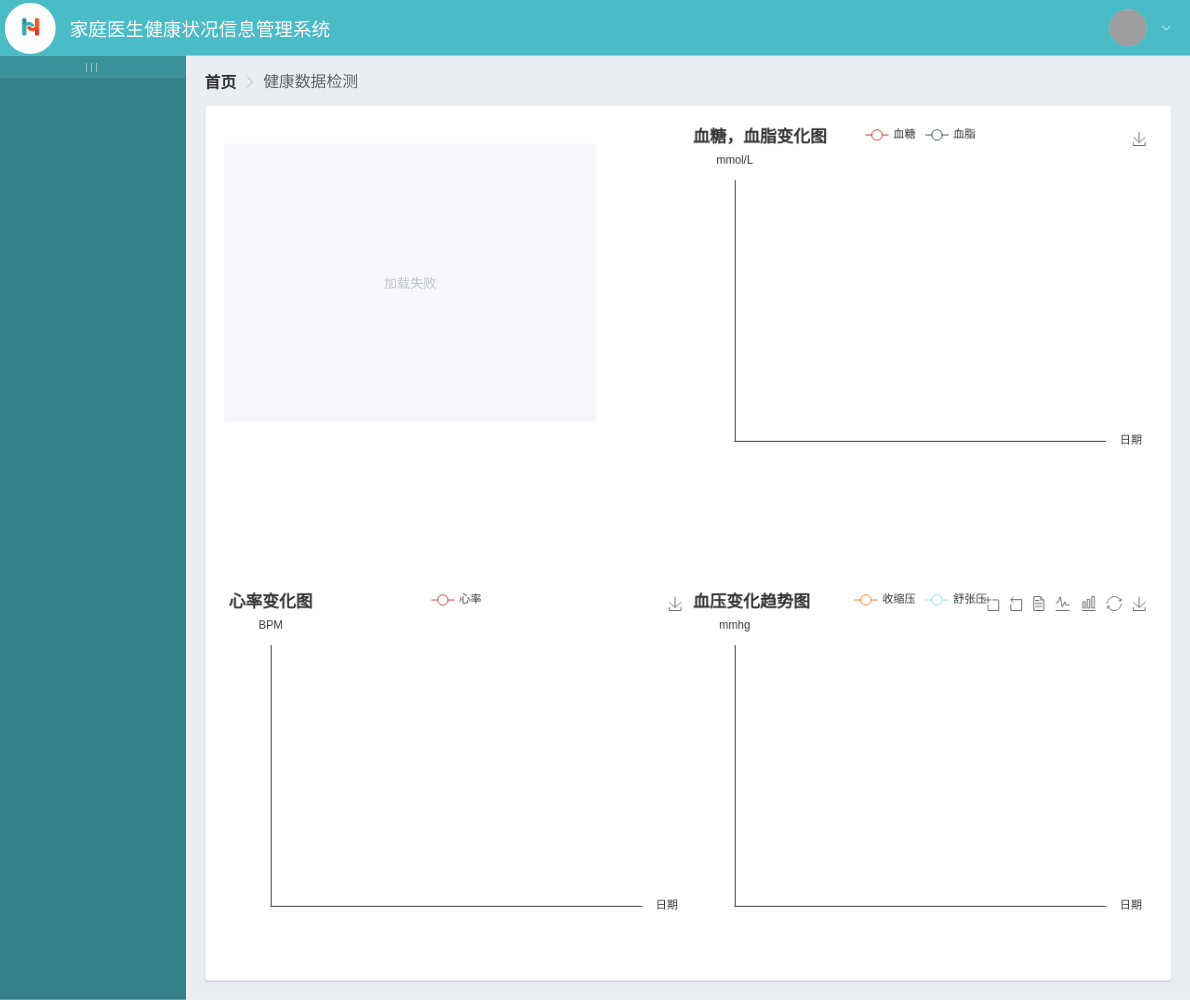
Repository: hyyBubbly/community-web-vue
Page: /#/healthyData (app in community/)
An editor plug-in stored every save of this project. The page is shown before and after the next save, followed by the edit.
The browser window is 1280 px wide. The pictures show the whole page, at 93% of full size.
Pictures or frames that could not be fetched are drawn as grey boxes. The page's requests for data from a server got no answer. The project was rebuilt for these pictures with package versions that can differ from the ones it lists, and the page was loaded fresh each time. No one was signed in, and anything a server would have sent is missing. Also part of the build but not shown: community/vue.config.js, community/src/components/Login.vue, community/src/components/Welcome.vue, community/src/components/User/UserList.vue, community/src/components/admin/WorkerList.vue, community/src/components/community/CommunityList.vue, community/src/components/healthfiles/Healthiness.vue, community/src/components/User/OlderInfoList.vue and 13 more.

Above is the page before, as saved 2024-01-29 00:59:31.

After the next save:
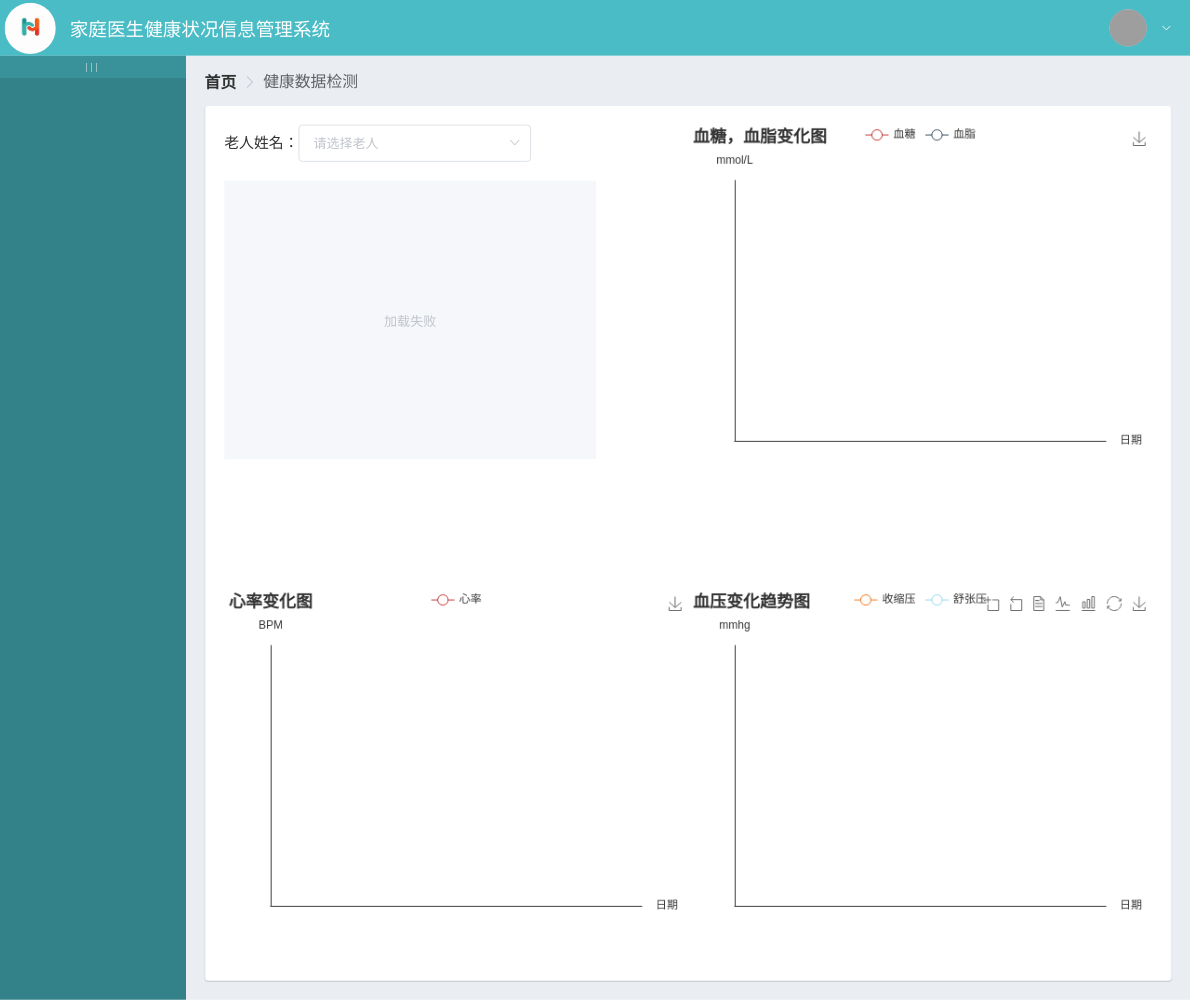
Saved 6 s later.
--- a/community/src/components/healthfiles/HealthyData.vue
+++ b/community/src/components/healthfiles/HealthyData.vue
@@ -7,12 +7,12 @@
     <el-card style="height: 100%">
       <el-row>
         <el-col style="width: 50%;height: 300px;">
-          <!-- <label>老人姓名：</label>
+          <label>老人姓名：</label>
           <el-select placeholder="请选择老人" v-model="queryInfo.olderId" @change="getInternalList" clearable filterable
             style="width: 50%; padding-right: 10px">
             <el-option v-for="item in olderDrop" :key="item.olderId" :label="item.olderName" :value="item.olderId">
             </el-option>
-          </el-select> -->
+          </el-select>
           <el-image :src="img" style="height: 300px;width: 400px;margin-top: 20px"></el-image>
         </el-col>
         <el-col id="drawLine" style="width: 50%;height: 400px;"></el-col>
